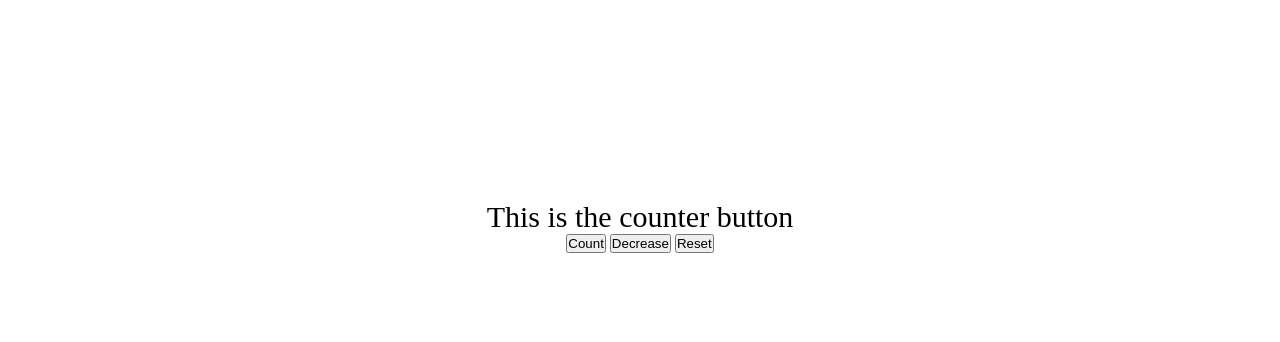
Repository: Aditya0377/Assignments
Page: Assignment/javascript practise/Counter.html
These files come from the project's save history. The page is drawn as it stood at one moment and after the next save; the edit follows.
The browser window is 1280 px wide. The pictures show the whole page.

Above is the page before, as saved 2024-02-23 21:00:47.

### Assignment/javascript practise/Counter.html
<!DOCTYPE html>
<html lang="en">

<head>
    <meta charset="UTF-8">
    <meta name="viewport" content="width=device-width, initial-scale=1.0">
    <title>Counter</title>
</head>
<style>
    * {
        box-sizing: border-box;
        margin: 0px;
        padding: 0px;
    }

    body {
        height: 100%;
        display: flex;
        justify-content: center;
        align-items: center;
        flex-direction: column;
        margin-top: 200px;
    }

    P {
        font-size: 30px;
    }
</style>

<body>
    <p>This is the counter button</p>
    <p id="number"></p>
    <div>
        <button onclick="counterincrement()">Count</button>
        <button onclick="counterdecrement()">Decrease</button>
        <button onclick="counterreset()">Reset</button>
    </div>
</body>

</html>

After the next save:
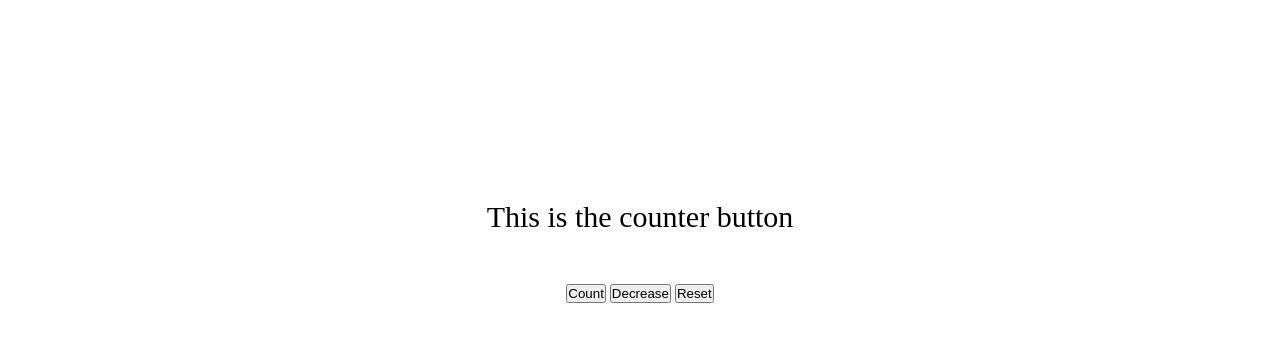
Saved 16 s later.
--- a/Assignment/javascript practise/Counter.html
+++ b/Assignment/javascript practise/Counter.html
@@ -25,6 +25,10 @@
     P {
         font-size: 30px;
     }
+
+    div {
+        margin-top: 50px;
+    }
 </style>
 
 <body>
